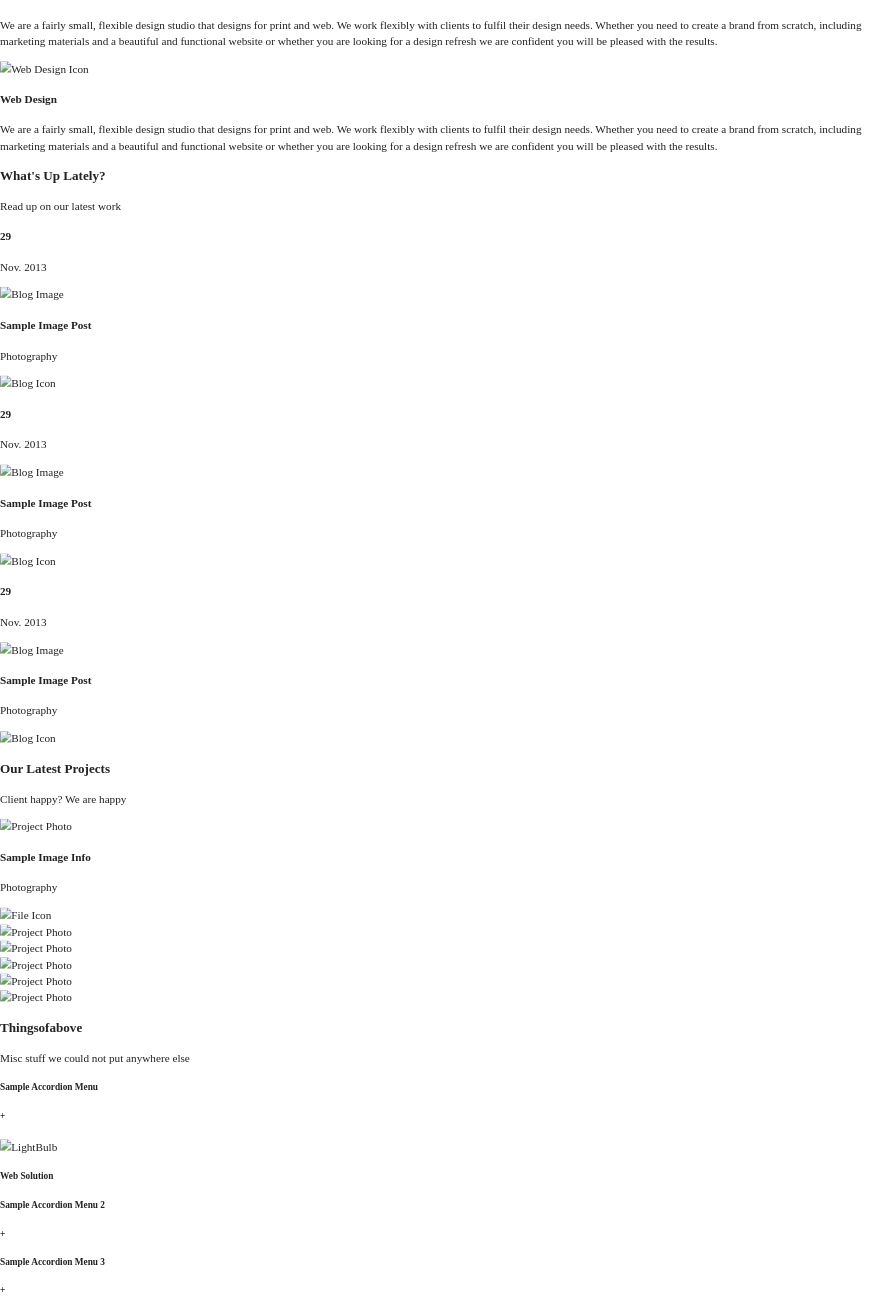
Repository: wilyyy/metrolics
Page: index.html
These files come from the project's save history. The page is drawn as it stood at one moment and after a run of saves; the edit follows.
The browser window is 1280 px wide. The pictures show the part of the page from y = 1342 to 3262 px (the page is 3217 px tall before and 3262 px after), at 70% of full size.

Above is the page before, as saved 2021-01-27 00:41:37.

After the next 2 saves:
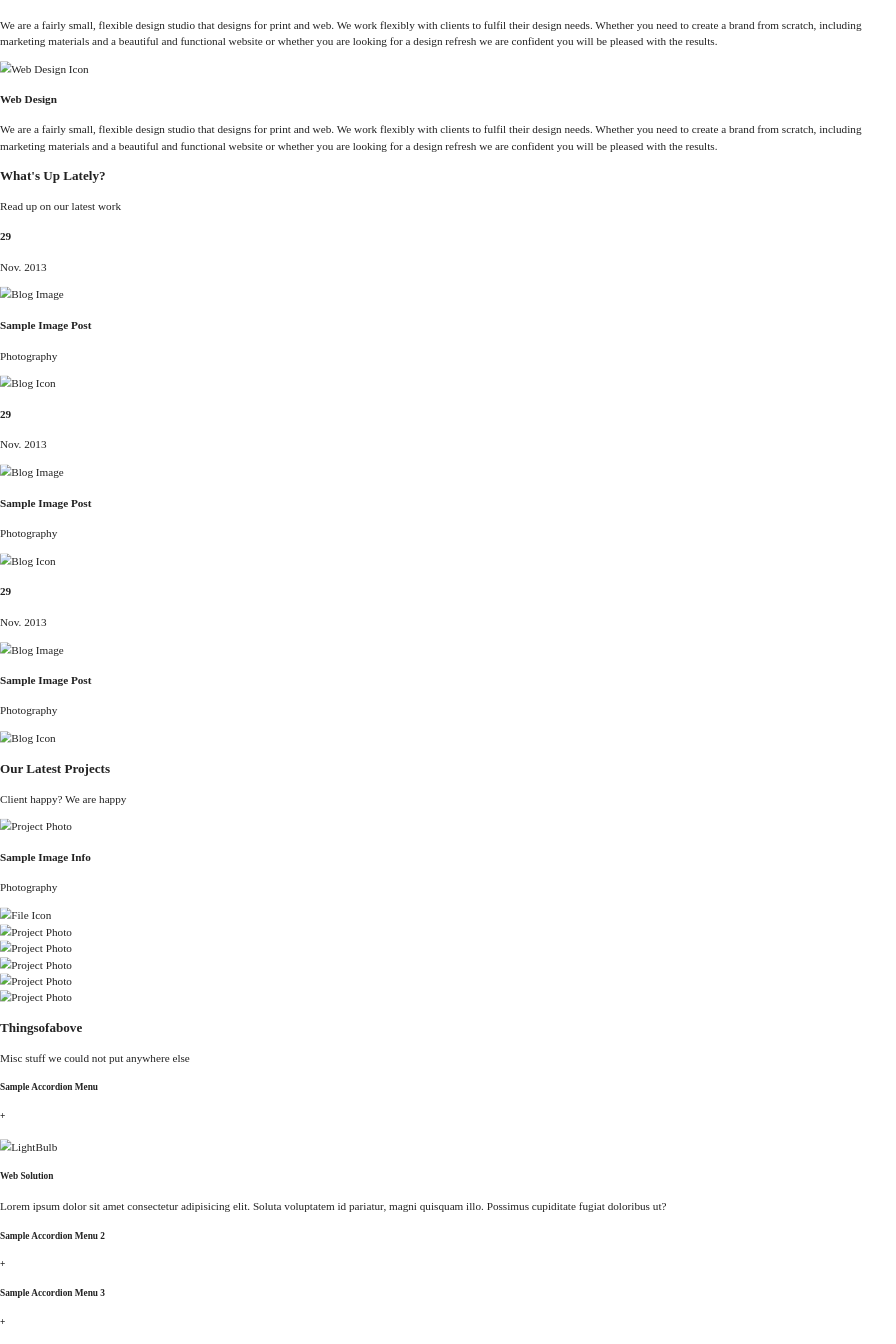
The 2 saves are shown as one change because they came seconds apart.
The last was saved 46 s later.
--- a/index.html
+++ b/index.html
@@ -282,6 +282,8 @@
               <img src="" alt="LightBulb">
               <div>
                 <h5>Web Solution</h5>
+                <p>Lorem ipsum dolor sit amet consectetur adipisicing elit. Soluta voluptatem id pariatur, magni quisquam illo.
+                  Possimus cupiditate fugiat doloribus ut?</p>
               </div>
             </div>
           </div>
